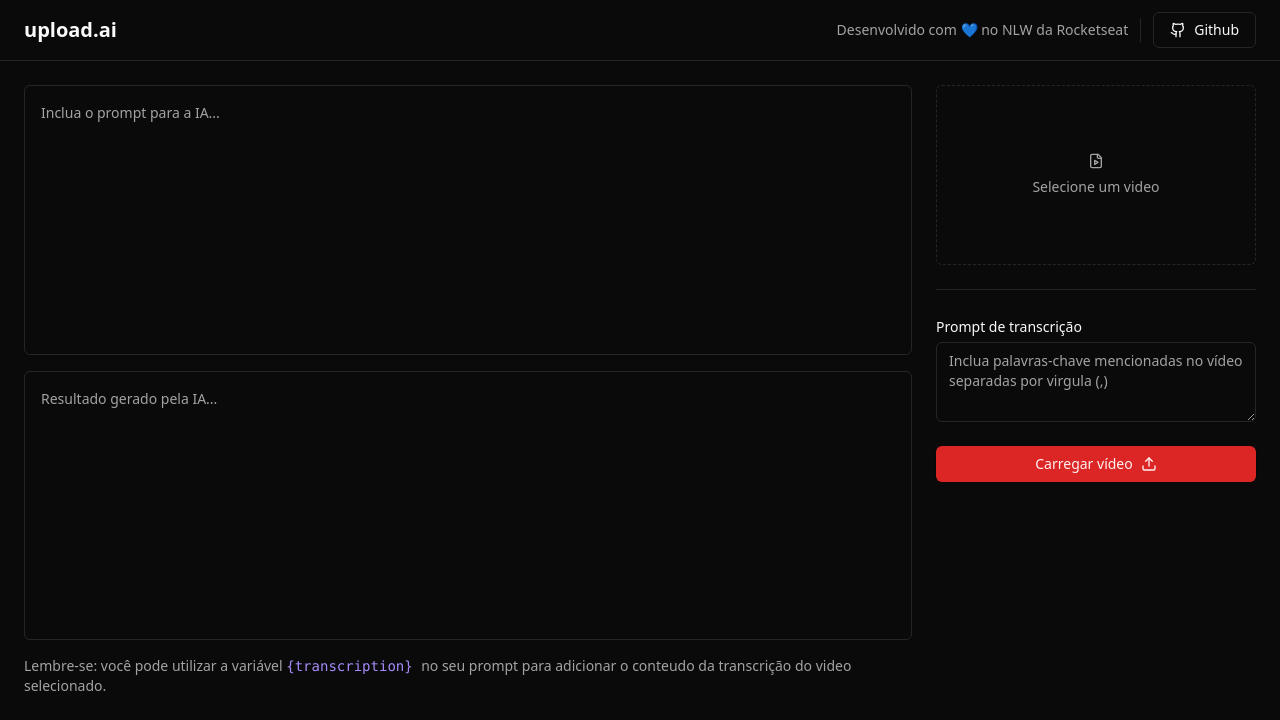
Repository: ricardolimati/upload-ai-web
Page: /
These files come from the project's save history. The page is drawn as it stood at one moment and after a run of saves; the edit follows.
The browser window is 1280 px wide. The pictures show the whole page.
The project was rebuilt for these pictures with package versions that can differ from the ones it lists, and the page was loaded fresh each time. Also part of the build but not shown: vite.config.ts.

Above is the page before, as saved 2023-09-12 00:00:34.

### src/App.tsx
import {Github, FileVideo, Upload} from 'lucide-react'
import { Button } from "./components/ui/button";
import { Separator } from './components/ui/separator';
import { Textarea } from './components/ui/textarea';
import { Label } from './components/ui/label';

export function App() {
  return(
   <div className="min-h-screen flex flex-col">
    <div className="px-6 py-3 flex items-center justify-between border-b">
      <h1 className="text-xl font-bold">upload.ai</h1>
      <div className="flex items-center gap-3">
        <span className="text-sm text-muted-foreground">
          Desenvolvido com 💙 no NLW da Rocketseat</span>
          <Separator orientation='vertical' className='h-6' />
        <Button variant="outline">
          <Github className="w-4 h-4 mr-2" />Github
        </Button>
      </div>
    </div>

    <main className="flex-1 p-6 flex gap-6">
      <div className="flex flex-col flex-1 gap-4">
        <div className="grid grid-rows-2 gap-4 flex-1">
          <Textarea
          className="resize-none p-4 leading-relaxed"
          placeholder="Inclua o prompt para a IA..."
          />
          <Textarea
          className="resize-none p-4 leading-relaxed"
          placeholder="Resultado gerado pela IA..."
          readOnly/>
        </div>

        <p className="text-sm text-muted-foreground">
          Lembre-se: você pode utilizar a variável <code className="text-violet-400">{'{transcription}'} </code>
           no seu prompt para adicionar o conteudo da transcrição
          do video selecionado.</p>
      </div>
      <aside className="w-80 space-y-6">
        <form className="space-y-6" action="" method="post">
          <label
          htmlFor="video"
          className="border flex rounded-md aspect-video cursor-pointer border-dashed text-sm flex-col gap-2 items-center justify-center text-muted-foreground hover:bg-primary/5"
          >
            <FileVideo className="w-4 h-4" />
            Selecione um video
          </label>
          <input type="file" id="video" accept="video/mp4" className="sr-only"/>
          <Separator />
          <div className="space-y-1">
            <Label htmlFor="transcription_prompt">Prompt de transcrição</Label>
            <Textarea
            id="transcription_prompt"
            className="min-h-20 leading-relaxe"
            placeholder="Inclua palavras-chave mencionadas no vídeo separadas por virgula (,)"
            />
          </div>
          <Button type="submit" className="w-full">
            Carregar vídeo
            <Upload
              className="w-4 h-4 ml-2"
            />
          </Button>
        </form>
      </aside>
    </main>
   </div>
  )
}

### src/index.css
@tailwind base;
@tailwind components;
@tailwind utilities;

@layer base {
  :root {
    --background: 0 0% 3.9%;
    --foreground: 0 0% 98%;
    --card: 0 0% 3.9%;
    --card-foreground: 0 0% 98%;
    --popover: 0 0% 3.9%;
    --popover-foreground: 0 0% 98%;
    --primary: 0 72.2% 50.6%;
    --primary-foreground: 0 85.7% 97.3%;
    --secondary: 0 0% 14.9%;
    --secondary-foreground: 0 0% 98%;
    --muted: 0 0% 14.9%;
    --muted-foreground: 0 0% 63.9%;
    --accent: 0 0% 14.9%;
    --accent-foreground: 0 0% 98%;
    --destructive: 0 62.8% 30.6%;
    --destructive-foreground: 0 0% 98%;
    --border: 0 0% 14.9%;
    --input: 0 0% 14.9%;
    --ring: 0 72.2% 50.6%;

    --radius: 0.5rem;
  }
}

@layer base {
  * {
    @apply border-border;
  }
  body {
    @apply bg-background text-foreground;
  }
}

### src/components/ui/button.tsx
import * as React from "react"
import { Slot } from "@radix-ui/react-slot"
import { cva, type VariantProps } from "class-variance-authority"

import { cn } from "@/lib/utils"

const buttonVariants = cva(
  "inline-flex items-center justify-center rounded-md text-sm font-medium transition-colors focus-visible:outline-none focus-visible:ring-1 focus-visible:ring-ring disabled:pointer-events-none disabled:opacity-50",
  {
    variants: {
      variant: {
        default:
          "bg-primary text-primary-foreground shadow hover:bg-primary/90",
        destructive:
          "bg-destructive text-destructive-foreground shadow-sm hover:bg-destructive/90",
        outline:
          "border border-input bg-transparent shadow-sm hover:bg-accent hover:text-accent-foreground",
        secondary:
          "bg-secondary text-secondary-foreground shadow-sm hover:bg-secondary/80",
        ghost: "hover:bg-accent hover:text-accent-foreground",
        link: "text-primary underline-offset-4 hover:underline",
      },
      size: {
        default: "h-9 px-4 py-2",
        sm: "h-8 rounded-md px-3 text-xs",
        lg: "h-10 rounded-md px-8",
        icon: "h-9 w-9",
      },
    },
    defaultVariants: {
      variant: "default",
      size: "default",
    },
  }
)

export interface ButtonProps
  extends React.ButtonHTMLAttributes<HTMLButtonElement>,
    VariantProps<typeof buttonVariants> {
  asChild?: boolean
}

const Button = React.forwardRef<HTMLButtonElement, ButtonProps>(
  ({ className, variant, size, asChild = false, ...props }, ref) => {
    const Comp = asChild ? Slot : "button"
    return (
      <Comp
        className={cn(buttonVariants({ variant, size, className }))}
        ref={ref}
        {...props}
      />
    )
  }
)
Button.displayName = "Button"

export { Button, buttonVariants }

### src/components/ui/separator.tsx
import * as React from "react"
import * as SeparatorPrimitive from "@radix-ui/react-separator"

import { cn } from "@/lib/utils"

const Separator = React.forwardRef<
  React.ElementRef<typeof SeparatorPrimitive.Root>,
  React.ComponentPropsWithoutRef<typeof SeparatorPrimitive.Root>
>(
  (
    { className, orientation = "horizontal", decorative = true, ...props },
    ref
  ) => (
    <SeparatorPrimitive.Root
      ref={ref}
      decorative={decorative}
      orientation={orientation}
      className={cn(
        "shrink-0 bg-border",
        orientation === "horizontal" ? "h-[1px] w-full" : "h-full w-[1px]",
        className
      )}
      {...props}
    />
  )
)
Separator.displayName = SeparatorPrimitive.Root.displayName

export { Separator }

### src/components/ui/textarea.tsx
import * as React from "react"

import { cn } from "@/lib/utils"

export interface TextareaProps
  extends React.TextareaHTMLAttributes<HTMLTextAreaElement> {}

const Textarea = React.forwardRef<HTMLTextAreaElement, TextareaProps>(
  ({ className, ...props }, ref) => {
    return (
      <textarea
        className={cn(
          "flex min-h-[60px] w-full rounded-md border border-input bg-transparent px-3 py-2 text-sm shadow-sm placeholder:text-muted-foreground focus-visible:outline-none focus-visible:ring-1 focus-visible:ring-ring disabled:cursor-not-allowed disabled:opacity-50",
          className
        )}
        ref={ref}
        {...props}
      />
    )
  }
)
Textarea.displayName = "Textarea"

export { Textarea }

### src/components/ui/label.tsx
import * as React from "react"
import * as LabelPrimitive from "@radix-ui/react-label"
import { cva, type VariantProps } from "class-variance-authority"

import { cn } from "@/lib/utils"

const labelVariants = cva(
  "text-sm font-medium leading-none peer-disabled:cursor-not-allowed peer-disabled:opacity-70"
)

const Label = React.forwardRef<
  React.ElementRef<typeof LabelPrimitive.Root>,
  React.ComponentPropsWithoutRef<typeof LabelPrimitive.Root> &
    VariantProps<typeof labelVariants>
>(({ className, ...props }, ref) => (
  <LabelPrimitive.Root
    ref={ref}
    className={cn(labelVariants(), className)}
    {...props}
  />
))
Label.displayName = LabelPrimitive.Root.displayName

export { Label }

Loaded but not shown: index.html (common file); src/main.tsx (common file); src/lib/utils.ts (common file); tailwind.config.js (common file)

After the next 5 saves:
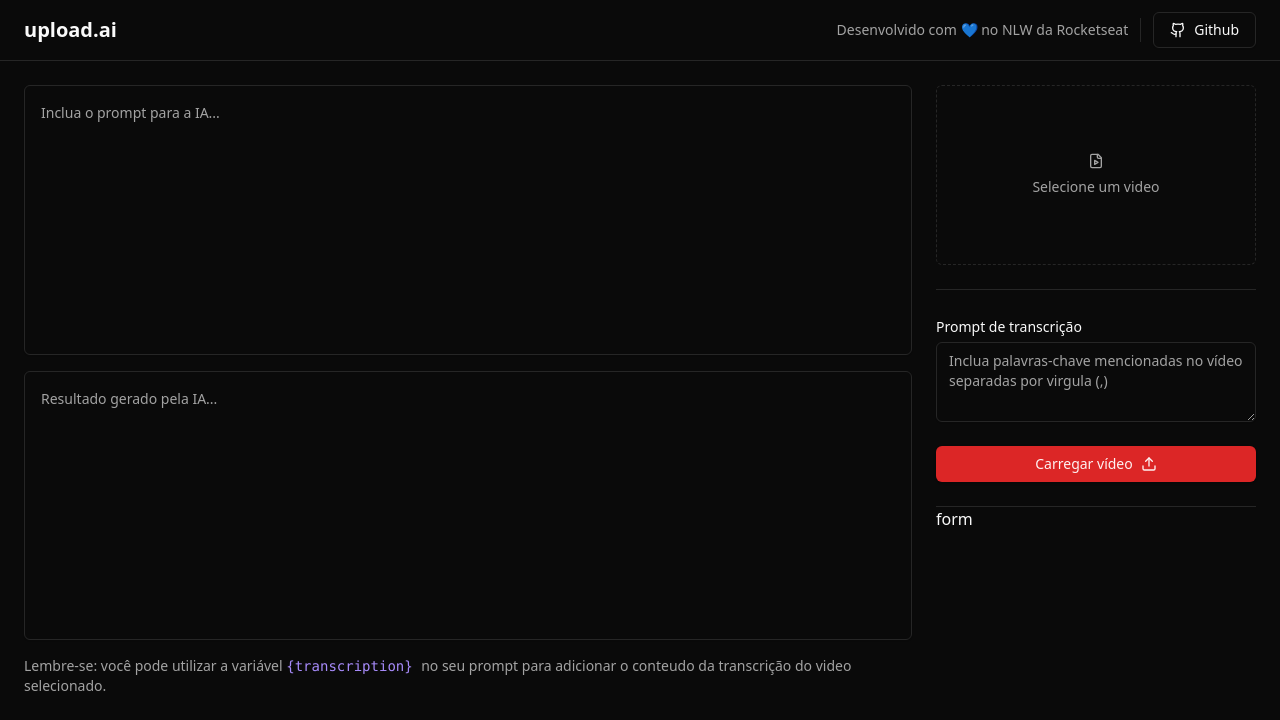
The 5 saves are shown as one change because 1 did not build or start and some came seconds apart.
The last was saved 65 s later.
--- a/src/App.tsx
+++ b/src/App.tsx
@@ -63,6 +63,10 @@ export function App() {
             />
           </Button>
         </form>
+
+        <Separator />
+
+        form
       </aside>
     </main>
    </div>
